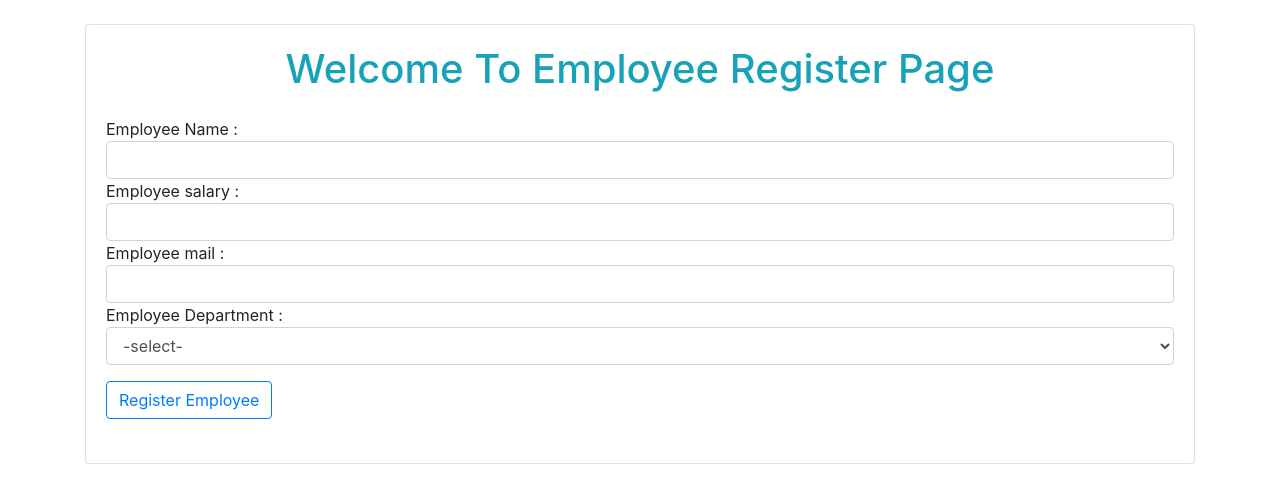
Repository: lokeshsukhwal/EmployeeMiniProject
Page: http://localhost/EmployeeRegister
These files come from the project's save history. The page is drawn as it stood at one moment and after the next save; the edit follows.
The browser window is 1280 px wide. The pictures show the whole page.
The page is this project's Thymeleaf template; nobody is signed in. The template is opened directly, without the code that normally fills it, so the values that code supplies are empty.

Above is the page before, as saved 2023-01-18 13:32:33.

After the next save:
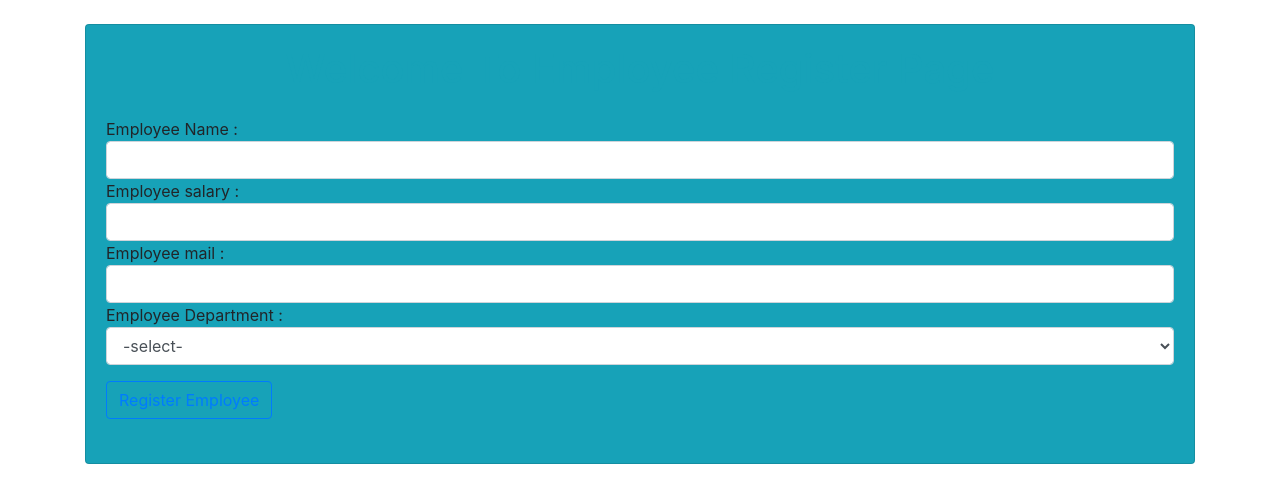
Saved 107 s later.
--- a/SpringBootMvc-ThymeleafMySqlCrudMiniProject/src/main/resources/templates/EmployeeRegister.html
+++ b/SpringBootMvc-ThymeleafMySqlCrudMiniProject/src/main/resources/templates/EmployeeRegister.html
@@ -9,7 +9,7 @@
 </head>
 <body>
 	<div class="container">
-		<div class="card mt-4 ">
+		<div class="card mt-4 bg-info">
 			<div class="card-body ">
 				<h1 class=" text-info text-center">Welcome To Employee Register Page</h1>
 		<form th:action="@{/employee/save}" method="POST" class="mt-4 form ">

After the save that followed:
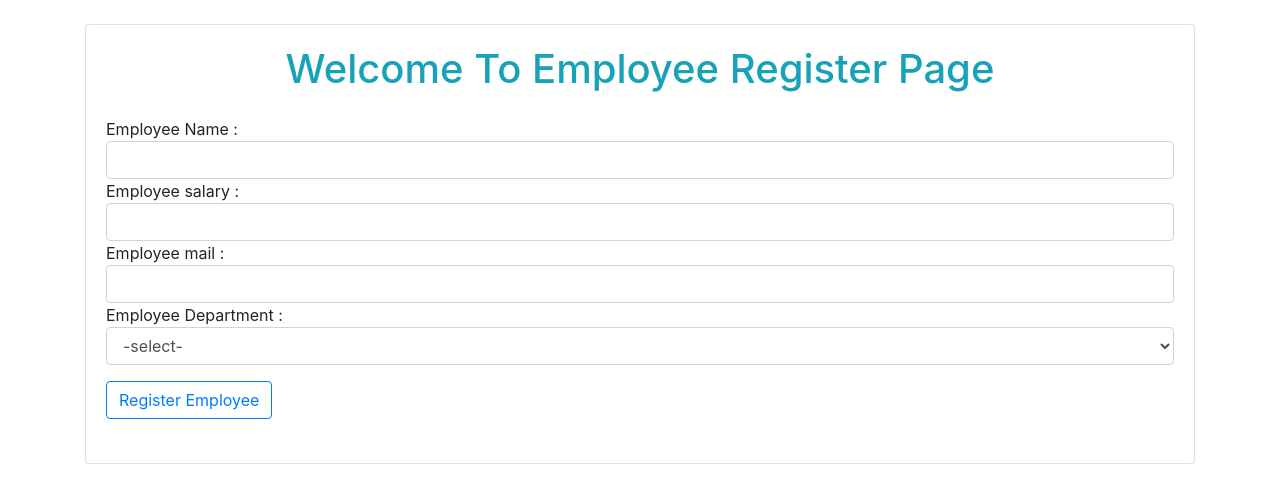
Saved 20 s later.
--- a/SpringBootMvc-ThymeleafMySqlCrudMiniProject/src/main/resources/templates/EmployeeRegister.html
+++ b/SpringBootMvc-ThymeleafMySqlCrudMiniProject/src/main/resources/templates/EmployeeRegister.html
@@ -9,7 +9,7 @@
 </head>
 <body>
 	<div class="container">
-		<div class="card mt-4 bg-info">
+		<div class="card mt-4 ">
 			<div class="card-body ">
 				<h1 class=" text-info text-center">Welcome To Employee Register Page</h1>
 		<form th:action="@{/employee/save}" method="POST" class="mt-4 form ">
